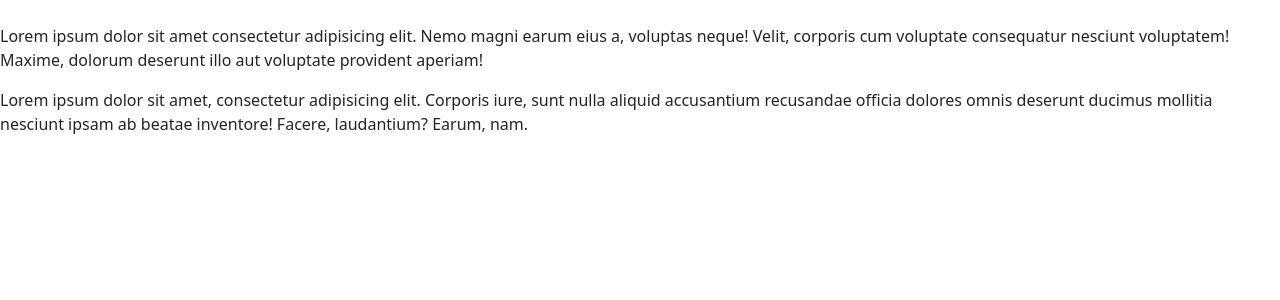
Repository: WajihaGul/MedicalApp-Frontend
Page: /
These files come from the project's save history. The page is drawn as it stood at one moment and after the next save; the edit follows.
The browser window is 1280 px wide. The pictures show the whole page.
The project was rebuilt for these pictures with package versions that can differ from the ones it lists, and the page was loaded fresh each time. Also part of the build but not shown: vite.config.js, src/index.css, src/App.css, src/Components/Accomplishments/Accomplishments.module.css, src/Components/Experience/Experience.module.css, src/Components/Experience/Experience.jsx, src/Components/LandingPage/LandingPage.jsx, src/Components/NavigationBar/Navbar.module.css and 1 more.

Above is the page before, as saved 2024-05-01 08:29:56.

After the next save:
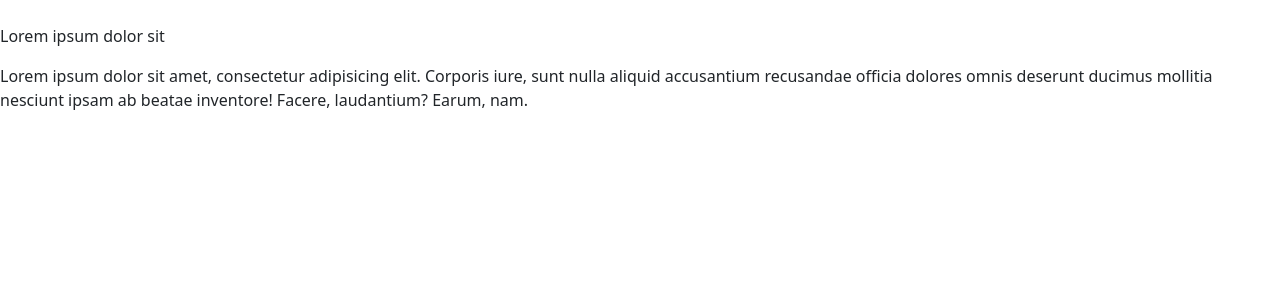
Saved 6 h 41 min later.
--- a/src/Components/Accomplishments/Accomplishments.jsx
+++ b/src/Components/Accomplishments/Accomplishments.jsx
@@ -6,12 +6,7 @@ const Accomplishments = () => {
       <div className={styles.column1}>
         <img className="cols_img" src="" alt="" />
 
-        <p className={styles.explanation}>
-          Lorem ipsum dolor sit amet consectetur adipisicing elit. Nemo magni
-          earum eius a, voluptas neque! Velit, corporis cum voluptate
-          consequatur nesciunt voluptatem! Maxime, dolorum deserunt illo aut
-          voluptate provident aperiam!
-        </p>
+        <p className={styles.explanation}>Lorem ipsum dolor sit</p>
 
         <p className={styles.explanation}>
           Lorem ipsum dolor sit amet, consectetur adipisicing elit. Corporis
